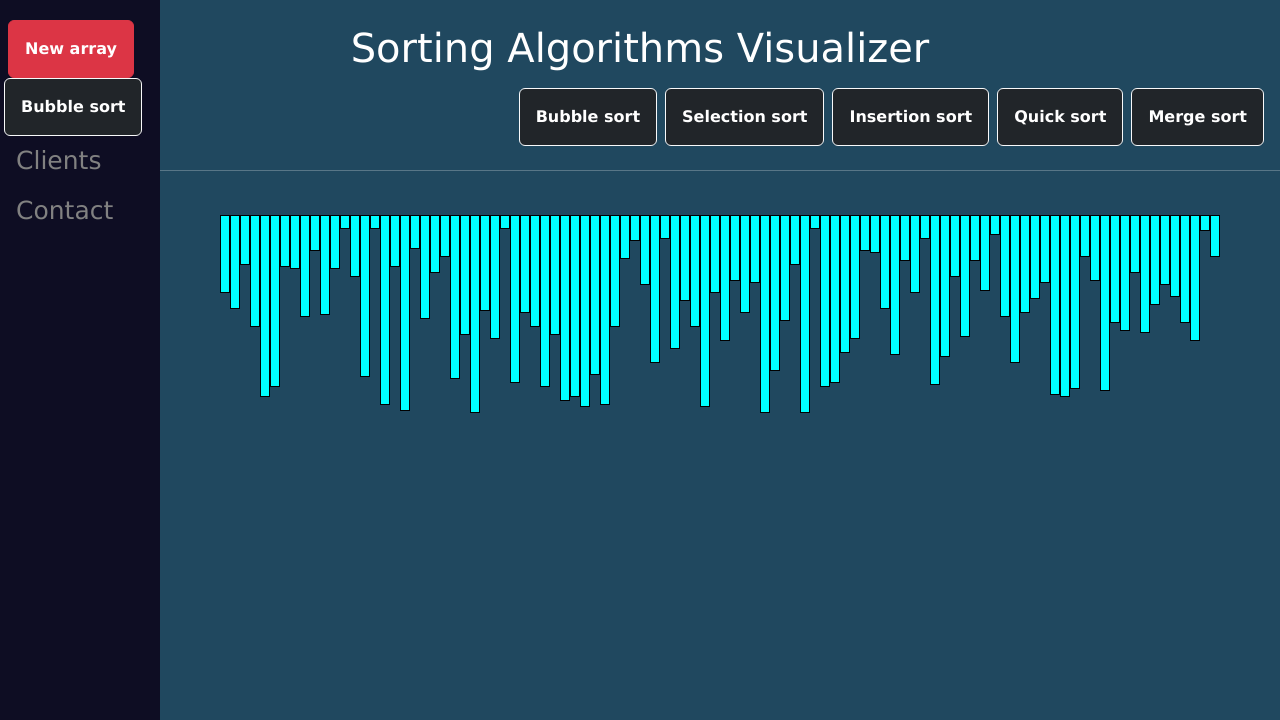
Repository: Vasil1001/Sorting-Algorithms-Visualizer-js
Page: views/index.html
These files come from the project's save history. The page is drawn as it stood at one moment and after the next save; the edit follows.
The browser window is 1280 px wide. The pictures show the whole page.

Above is the page before, as saved 2022-11-03 17:54:01.

After the next save:
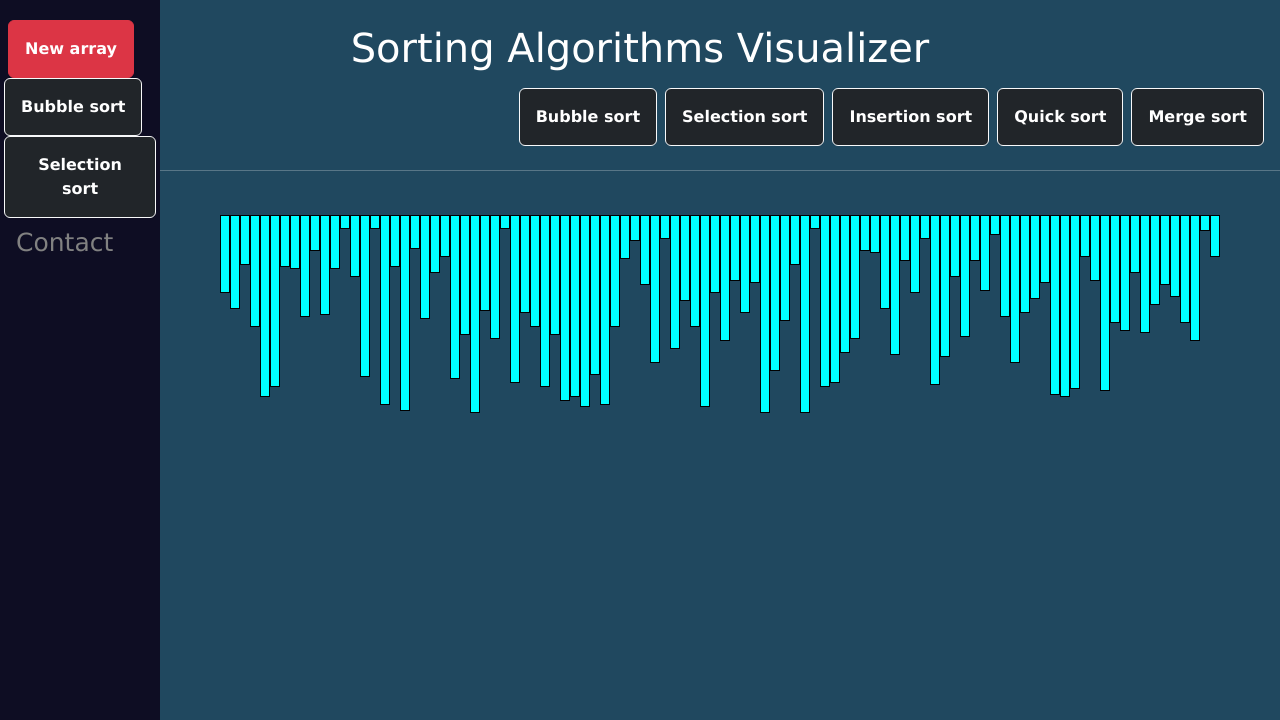
Saved 14 s later.
--- a/views/index.html
+++ b/views/index.html
@@ -60,13 +60,13 @@
 
   <div class="sidenav">
     <button type="button" class="btn btn-danger mx-2 p-3 " id="new_array" style="color: white;"><b>New
-      array </b>
-  </button>
-  <button type="button" class="btn btn-dark border-light mx-1 p-3 " id="bubble_sort"
-            style="color: white;"><b>Bubble
-              sort</b> </button>
-    <a href="#clients">Clients</a>
-    <a href="#contact">Contact</a>
+        array </b>
+    </button>
+    <button type="button" class="btn btn-dark border-light mx-1 p-3 " id="bubble_sort" style="color: white;"><b>Bubble
+        sort</b> </button>
+    <button type="button" class="btn btn-dark border-light mx-1 p-3 " id="selection_sort"
+      style="color: rgb(255, 255, 255);">
+      <b>Selection sort</b></button> <a href="#contact">Contact</a>
   </div>
 
   <div class="main">
